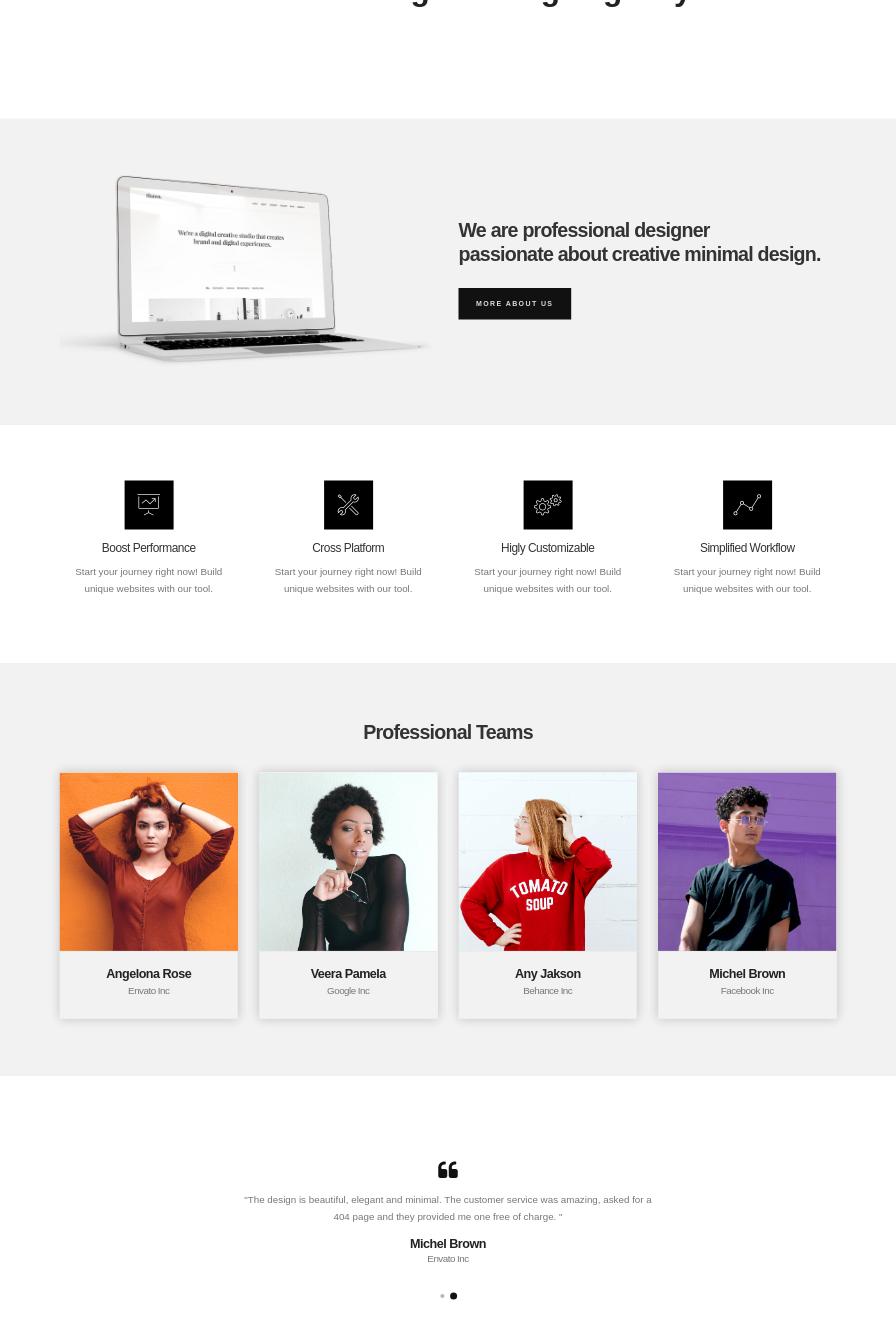
Repository: Jonar254/mutunga-concept-01
Page: about.html
The author's editor kept a copy of each file at every save. The page is drawn from the files as they stood at one save, then again after a run of saves.
The browser window is 1280 px wide. The pictures show the part of the page from y = 609 to 2529 px (the page is 3455 px tall before and 3895 px after), at 70% of full size.
Some web fonts or font styles are not loaded; a fallback is used.

Above is the page before, as saved 2024-07-02 18:39:01.

After the next 3 saves:
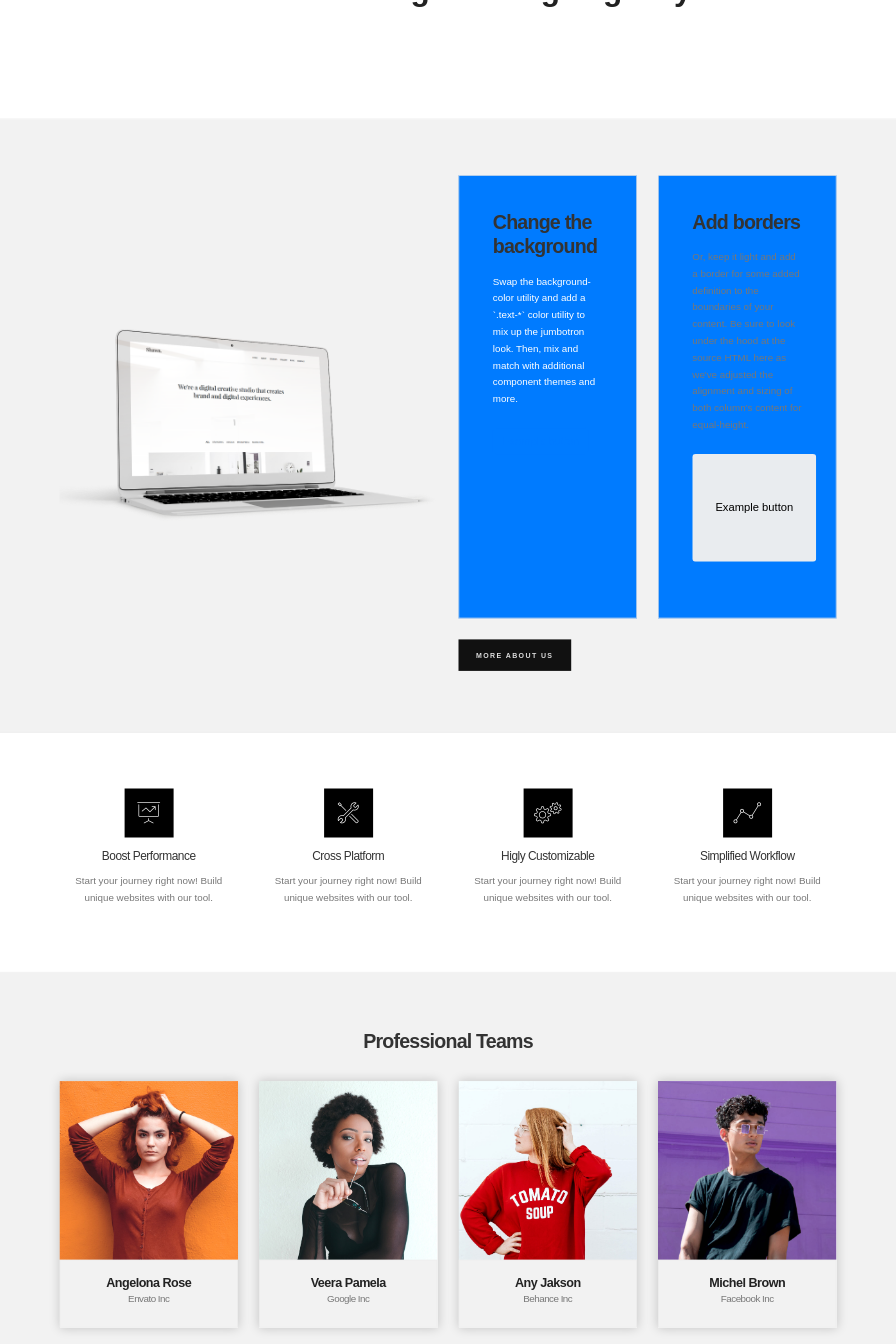
The 3 saves are shown as one change because they came seconds apart.
The last was saved 17 s later.
--- a/about.html
+++ b/about.html
@@ -93,7 +93,48 @@
                     </div>
                     <div class="col-lg-6 sm-padding">
                         <div class="about-content">
-                            <h2>We are professional designer<br> passionate about creative minimal design.</h2>
+                        <div class="row align-items-md-stretch">
+                            <div class="col-md-6">
+                                <div
+                                    class="h-100 p-5 text-white bg-primary border rounded-3"
+                                >
+                                    <h2>Change the background</h2>
+                                    <p>
+                                        Swap the background-color utility and add a `.text-*` color
+                                        utility to mix up the jumbotron look. Then, mix and match with
+                                        additional component themes and more.
+                                    </p>
+                                    <button
+                                        class="btn btn-outline-primary"
+                                        type="button"
+                                    >
+                                        Example button
+                                    </button>
+                                </div>
+                            </div>
+                            <div class="col-md-6">
+                                <div
+                                    class="h-100 p-5 bg-primary border rounded-3"
+                                >
+                                    <h2>Add borders</h2>
+                                    <p>
+                                        Or, keep it light and add a border for some added definition
+                                        to the boundaries of your content. Be sure to look under the
+                                        hood at the source HTML here as we've adjusted the alignment and
+                                        sizing of both column's content for equal-height.
+                                    </p>
+                                    <button
+                                        class="btn Swap the background-color utility and add a `.text-*` color
+                                        utility to mix up the jumbotron look. Then, mix and match with
+                                        additional component themes and more."
+                                        type="button"
+                                    >
+                                        Example button
+                                    </button>
+                                </div>
+                            </div>
+                        </div>
+                        </h2>
                             <p></p>
                             <a href="#" class="default-btn">More About Us</a>
                         </div>

After the save that followed:
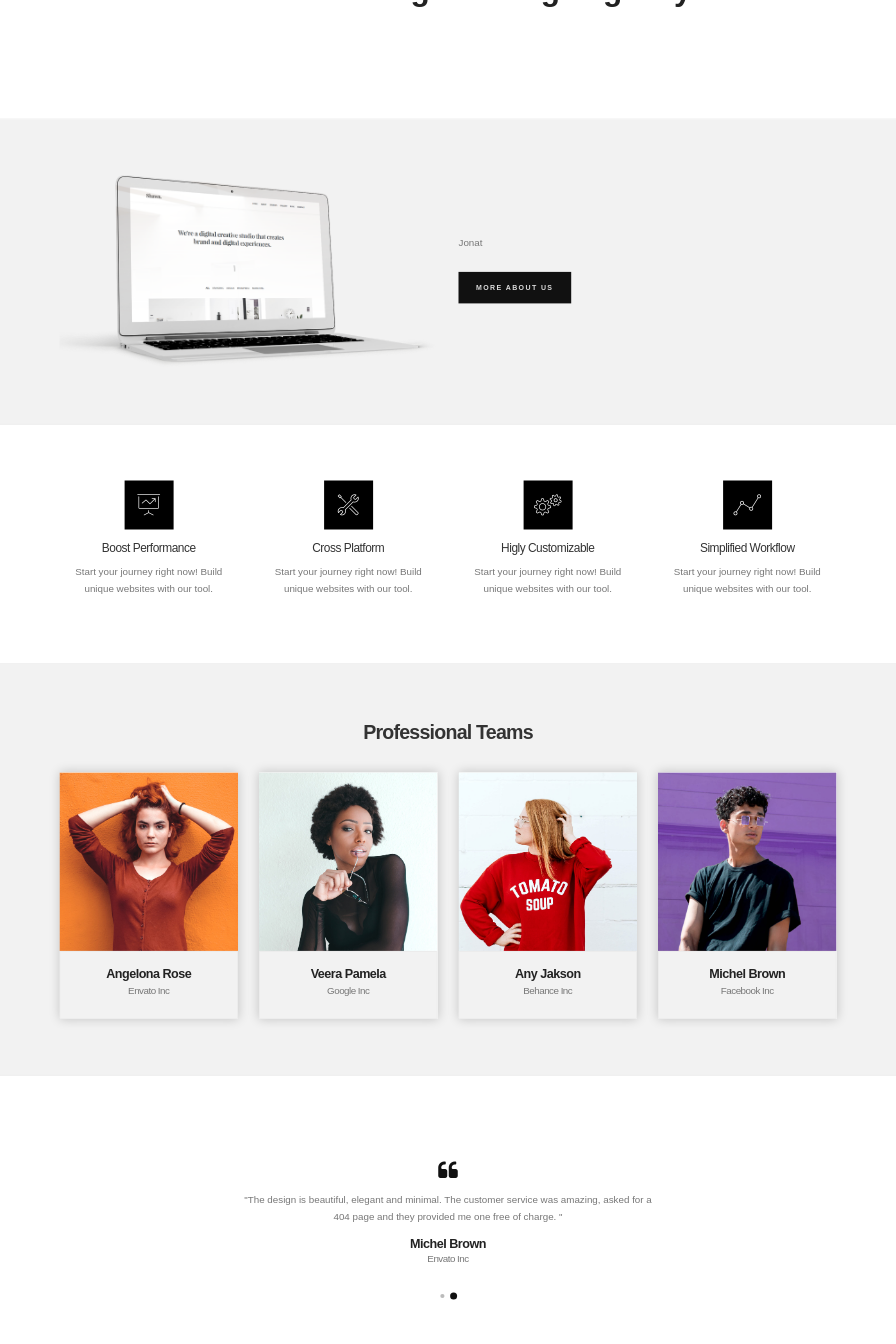
Saved 5 s later.
--- a/about.html
+++ b/about.html
@@ -93,48 +93,7 @@
                     </div>
                     <div class="col-lg-6 sm-padding">
                         <div class="about-content">
-                        <div class="row align-items-md-stretch">
-                            <div class="col-md-6">
-                                <div
-                                    class="h-100 p-5 text-white bg-primary border rounded-3"
-                                >
-                                    <h2>Change the background</h2>
-                                    <p>
-                                        Swap the background-color utility and add a `.text-*` color
-                                        utility to mix up the jumbotron look. Then, mix and match with
-                                        additional component themes and more.
-                                    </p>
-                                    <button
-                                        class="btn btn-outline-primary"
-                                        type="button"
-                                    >
-                                        Example button
-                                    </button>
-                                </div>
-                            </div>
-                            <div class="col-md-6">
-                                <div
-                                    class="h-100 p-5 bg-primary border rounded-3"
-                                >
-                                    <h2>Add borders</h2>
-                                    <p>
-                                        Or, keep it light and add a border for some added definition
-                                        to the boundaries of your content. Be sure to look under the
-                                        hood at the source HTML here as we've adjusted the alignment and
-                                        sizing of both column's content for equal-height.
-                                    </p>
-                                    <button
-                                        class="btn Swap the background-color utility and add a `.text-*` color
-                                        utility to mix up the jumbotron look. Then, mix and match with
-                                        additional component themes and more."
-                                        type="button"
-                                    >
-                                        Example button
-                                    </button>
-                                </div>
-                            </div>
-                        </div>
-                        </h2>
+                        Jonat</h2>
                             <p></p>
                             <a href="#" class="default-btn">More About Us</a>
                         </div>
